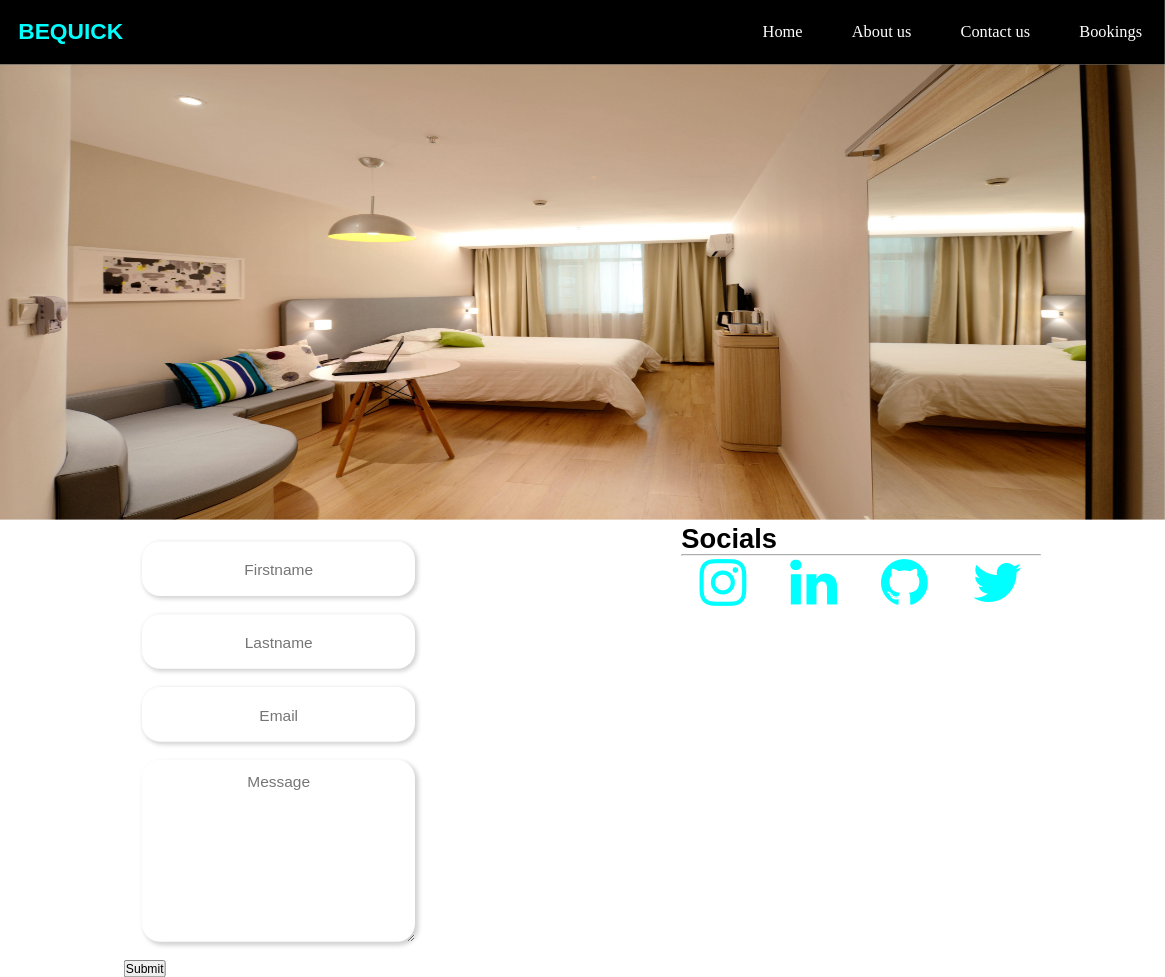
Repository: Ayushi6Sharma/BEQUICK_Hotel_Booking_Web
Page: about.html
An editor plug-in stored every save of this project. The page is shown before and after the next save, followed by the edit.
The browser window is 1280 px wide. The pictures show the whole page, at 91% of full size.

Above is the page before, as saved 2022-05-09 15:02:01.

After the next save:
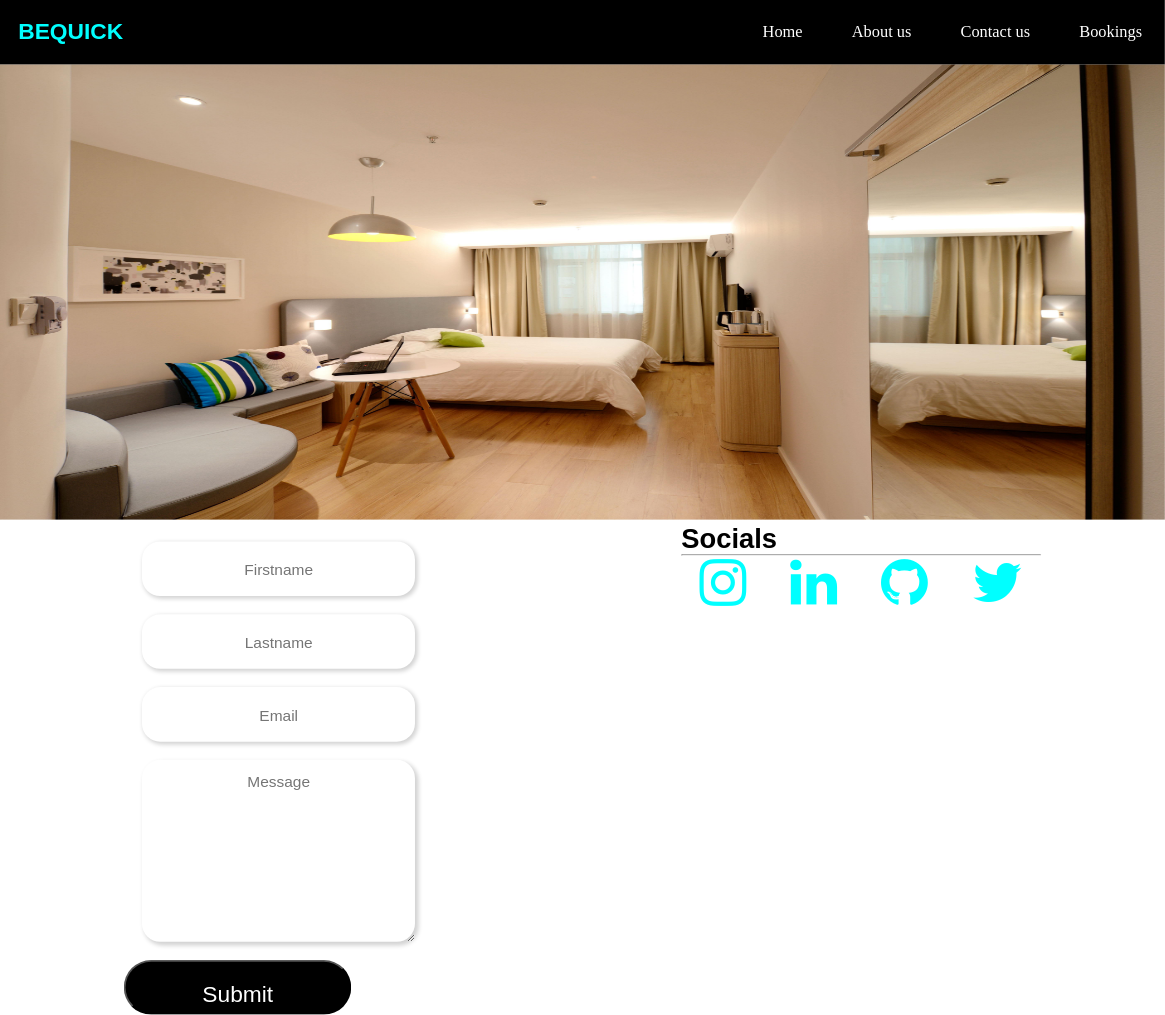
Saved 50 s later.
--- a/style/aboutstyle.css
+++ b/style/aboutstyle.css
@@ -52,3 +52,15 @@ textarea
     margin:20px;
     padding: 15px;
 }
+.submit
+{
+    width:250px;
+    height: 60px;
+    background-color: black;
+    color:white;
+    border-radius: 40px;
+    text-align: center;
+    padding-top: 15px;
+    font-size:25px;
+    font-family: sans-serif;
+}
